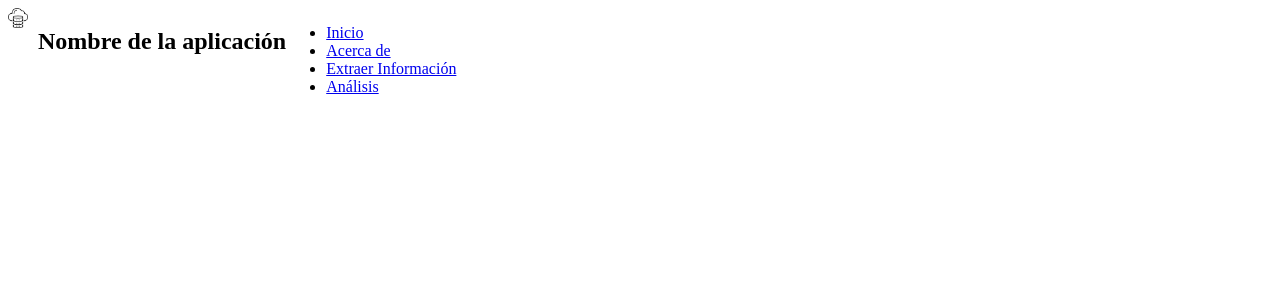
Repository: marcoBartolo55/data_analysis_app_-dev_project
Page: http://localhost/
The author's editor kept a copy of each file at every save. The page is drawn from the files as they stood at one save, then again after a run of saves.
The browser window is 1280 px wide. The pictures show the whole page.
The page is served by the project's application, run on Flask 3 (app/app.py). Other server files are loaded and not shown.

Above is the page before, as saved 2025-10-19 22:28:18.

### templates/index.html
<!DOCTYPE html>
<html lang="en">

<head>
    <meta charset="UTF-8">
    <meta name="viewport" content="width=device-width, initial-scale=1.0">
    <link rel="stylesheet" href="/static/styles/index.css">
    <title>Inicio</title>
</head>

<body>
    <div class="container">
        <div class="logo-div">
            <img class="logo-img" src="../static/images/logo.png" alt="Logo">
        </div>
        <div class="title-div">
            <h2>Nombre de la aplicación</h2>
        </div>

        <div class="side-bar">
            <nav>
                <ul>
                    <li><a href="index.html">Inicio</a></li>
                    <li><a href="about.html">Acerca de</a></li>
                    <li><a href="data.html">Extraer Información</a></li>
                    <li><a href="chart.html">Análisis</a></li>
                </ul>
            </nav>
        </div>
        <div class="content-area">

        </div>
    </div>
</body>
</html>

### app/app.py
from flask.templating import render_template
from flask import Flask
import os

BASE_DIR = os.path.abspath(os.path.dirname(__file__))

app = Flask(__name__,
            template_folder=os.path.join(BASE_DIR, '../templates'),
            static_folder=os.path.join(BASE_DIR, '../static')
           )
@app.route('/')
def index():
    return render_template('index.html')

if __name__ == '__main__':
    app.run(debug=True)

### static/styles/index.css
.container{
    display: flex;
}

.side-bar{
    display: grid;
    grid-template-columns: 1fr;
}

.main-content{
    margin-left: 0;
}

.logo-img{
    width: 20px;
    height: auto;
}

.title-div{
    margin-left: 10px;
}

After the next 4 saves:
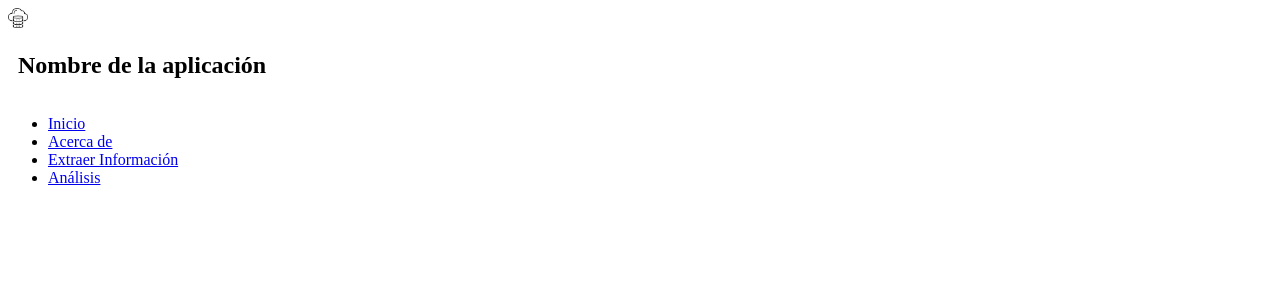
The 4 saves are shown as one change because they came seconds apart.
The last was saved 12 s later.
--- a/static/styles/index.css
+++ b/static/styles/index.css
@@ -1,5 +1,5 @@
 .container{
-    display: flex;
+    flex-wrap: nowrap | wrap;
 }
 
 .side-bar{

After the 6 saves that followed:
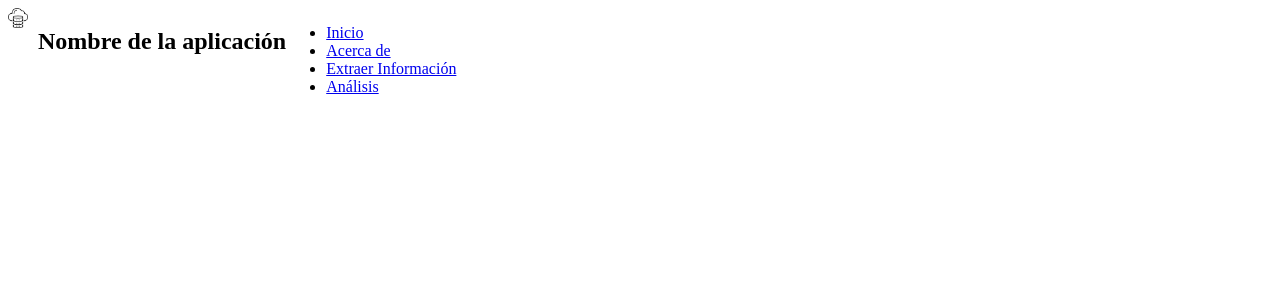
The 6 saves are shown as one change because 3 left the picture as it was and some came seconds apart.
The last was saved 107 s later.
--- a/static/styles/index.css
+++ b/static/styles/index.css
@@ -1,5 +1,5 @@
 .container{
-    flex-wrap: nowrap | wrap;
+    display: flex;
 }
 
 .side-bar{
